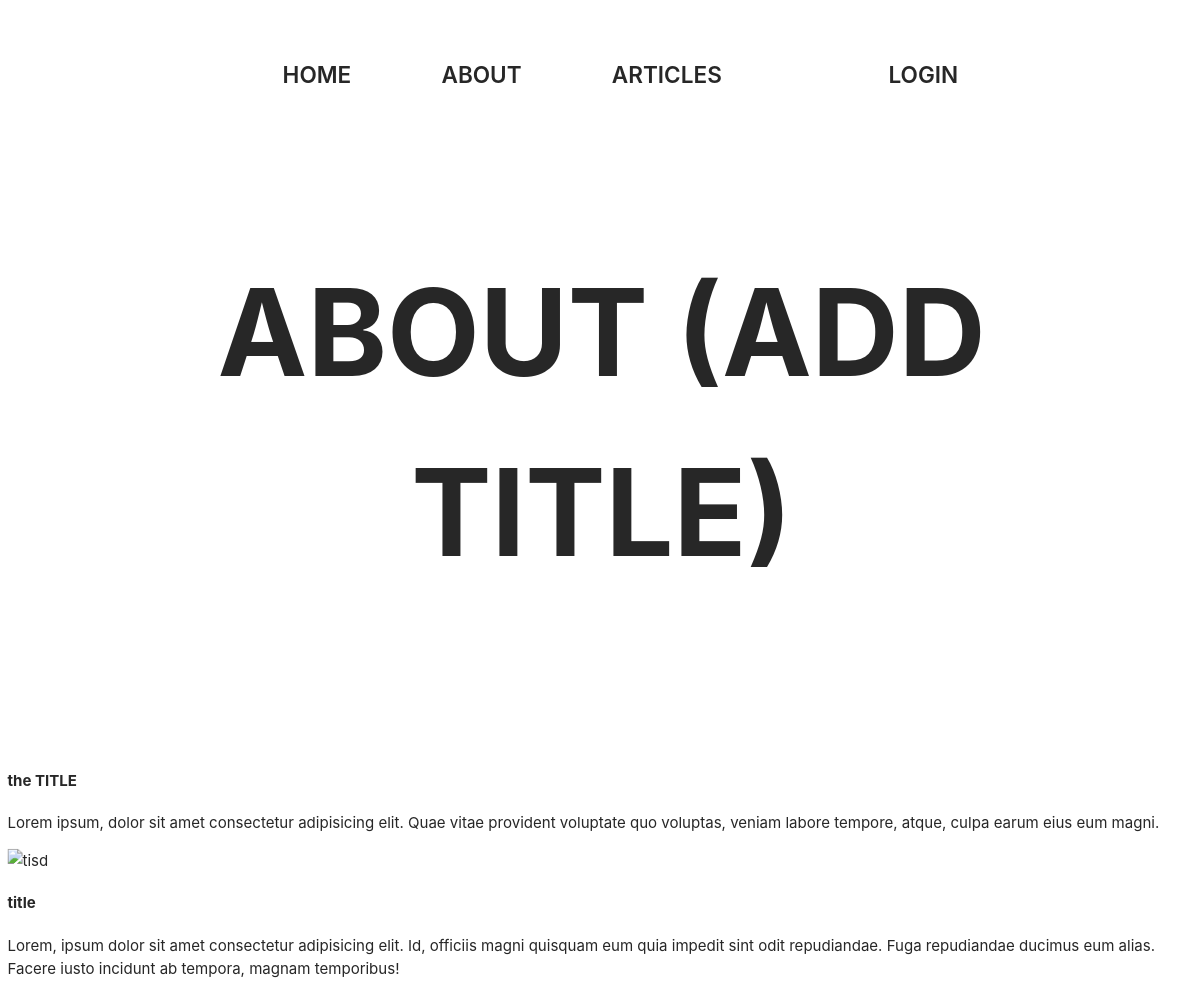
Repository: ValGrace/-static-site
Page: /about (app in client/)
These files come from the project's save history. The page is drawn as it stood at one moment and after the next save; the edit follows.
The browser window is 1280 px wide. The pictures show the whole page, at 94% of full size.
The project was rebuilt for these pictures with package versions that can differ from the ones it lists, and the page was loaded fresh each time. Also part of the build but not shown: client/vite.config.js, client/src/Utils/appwrite.js, client/src/Components/Inputs.css, client/src/Components/Login.jsx, client/src/Components/Signup.jsx, client/src/Components/HomeSection.jsx, client/src/Components/TopSection.jsx, client/src/Pages/HomePage.jsx.

Above is the page before, as saved 2023-02-06 05:09:38.

After the next save:
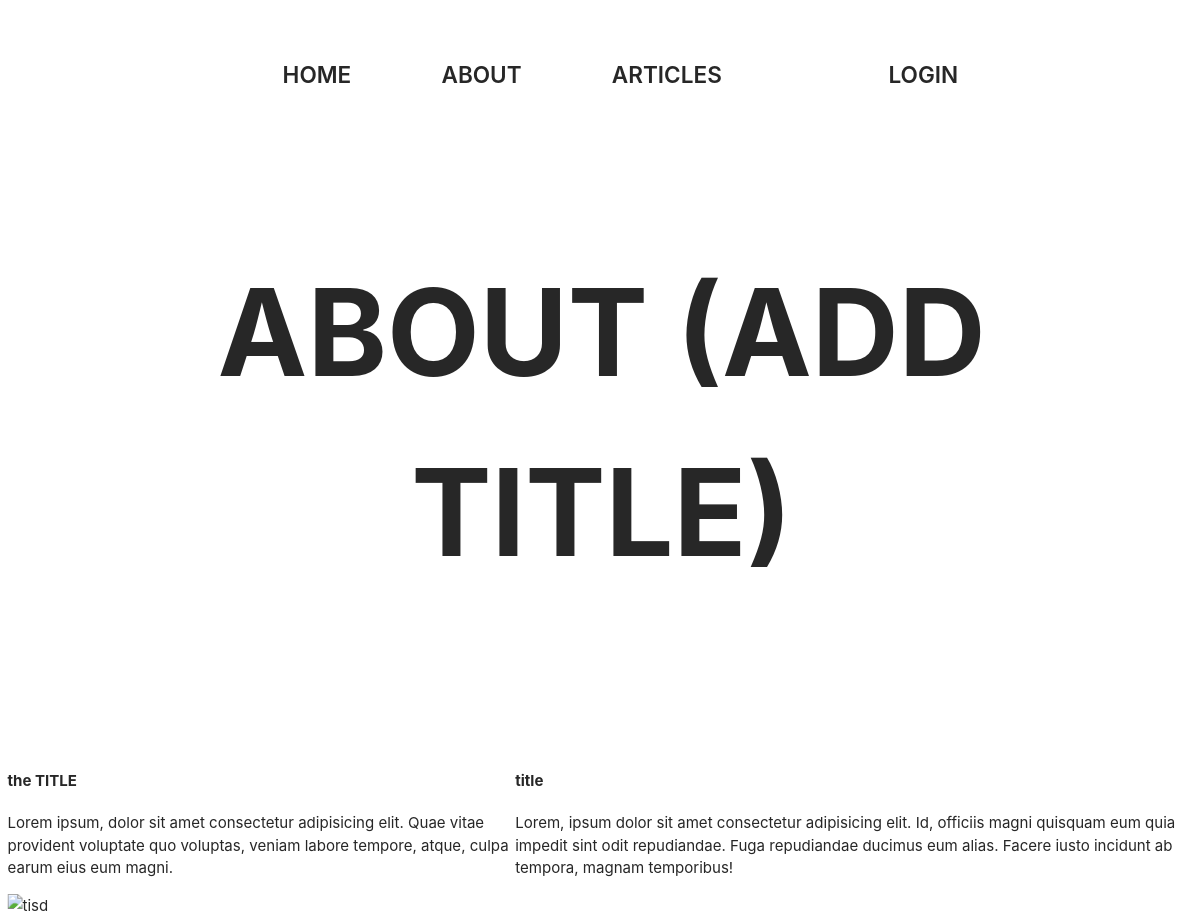
Saved 54 s later.
--- a/client/src/Components/InfoPage.css
+++ b/client/src/Components/InfoPage.css
@@ -6,3 +6,7 @@
     height: 60vh;
     text-align: center;
 }
+
+.about-mid {
+   display: flex;
+}
